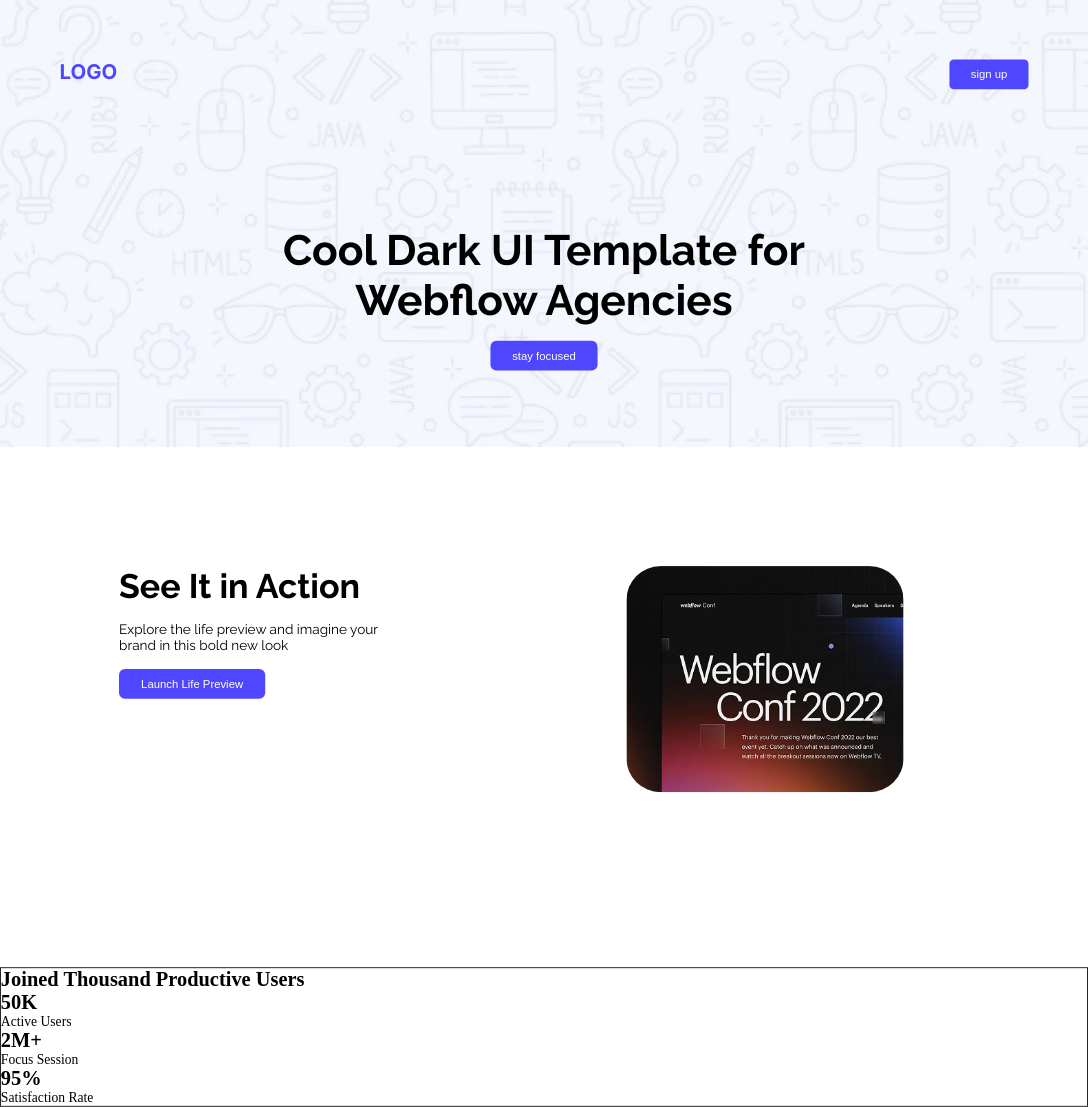
Repository: dollyrakhe22/landing-launchpad
Page: index.html
These files come from the project's save history. The page is drawn as it stood at one moment and after the next save; the edit follows.
The browser window is 1280 px wide. The pictures show the whole page, at 85% of full size.

Above is the page before, as saved 2025-07-11 01:28:03.

### index.html
<!DOCTYPE html>
<html lang="en">
<head>
    <meta charset="UTF-8">
    <meta name="viewport" content="width=device-width, initial-scale=1.0">
    <title>Landing Launchpad</title>
    <link rel="preconnect" href="https://fonts.googleapis.com">
    <link rel="preconnect" href="https://fonts.googleapis.com">
<link rel="preconnect" href="https://fonts.gstatic.com" crossorigin>
<link href="https://fonts.googleapis.com/css2?family=Inter:ital,opsz,wght@0,14..32,100..900;1,14..32,100..900&family=Open+Sans:ital,wght@0,300..800;1,300..800&family=Raleway:ital,wght@0,100..900;1,100..900&display=swap" rel="stylesheet">
    <link rel="stylesheet" href="style.css">
   </head>
   <body>
    <header>

        <nav>
         <h2 class="inter-normal">LOGO</h2>
            <a href="#"><button>sign up</button></a>
        </nav>
        <div class="banner-section">
             <h1 class="raleway-normal" >Cool Dark UI Template for <br>Webflow Agencies</h1><br>
            <a href=""><button class="button-container">stay focused</button></a>
        </div>
    </header>
    <main>
           <!--action-container--->
           <div class="section-1">
            <div >
                <h3 class="raleway-normal">See It in Action</h3><br>
                <p class="raleway-normal" >Explore the life preview and imagine your<br>brand in this bold new look</p><br>
                 <a href=""><button class="button-container">Launch Life Preview</button></a>
                 </div>
                <div>
                     <img src="Assets/wc-mini.png" weight="90%"height="80%"
                     alt="" srcset="">
                </div>
            </div>
           <!--Users-Section-->
           <section class="users-container">
            <h1>Joined Thousand Productive Users</h1>
            <div>
                <h1>50K</h1>
                <p>Active Users</p>
            </div>
            <div>
                <h1>2M+</h1>
                <p>Focus Session</p>
            </div>
            <div>
                <h1>95%</h1>
                <p>Satisfaction Rate</p>
            </div>

           </section>
    </main>
    <footer>

    </footer>
</body>
</html>

### style.css
*{
    padding: 0;
    margin: 0;
}


.inter-normal {
  font-family: "Inter", sans-serif;
  font-optical-sizing: auto;
  font-style: normal;
}
header{
    background-image: url("Assets/Hero-bg.png");


}
/*nav style*/
h2{
    color:#4E47FF;
   font-weight:bolder;


}
nav{
    display: flex;
    justify-content: space-between;
    padding: 70px;
}
nav button{
    text-decoration: none;
    padding: 10px 25px;
    background-color:#4E47FF ;
    color:white;
    border-radius: 5px;
    border: none;


}

.raleway-normal{
  font-family: "Raleway", sans-serif;
  font-optical-sizing: auto;
  font-style: normal;
}
.banner-section{
    text-align: center;
    padding: 90px;
}
.banner-section h1{
    font-weight: bolder;
    font-size: 50px;
}
.button-container{
     padding: 10px 26px;
    background-color:#4E47FF ;
    color:white;
    border-radius: 7px;
    border: none;

}
/*action-container*/

.section-1{
    display: flex;
    justify-content: space-between;
    padding: 50px;
    margin: 90px;

}
.section-1 h3{
    font-size: 40px;
}
.section-1  p{

}
.section-1 img{
    border-radius: 40px;


}
/*Users- Section*/
.users-container{
    border: 1px solid black;
    align-items: center;
}

After the next save:
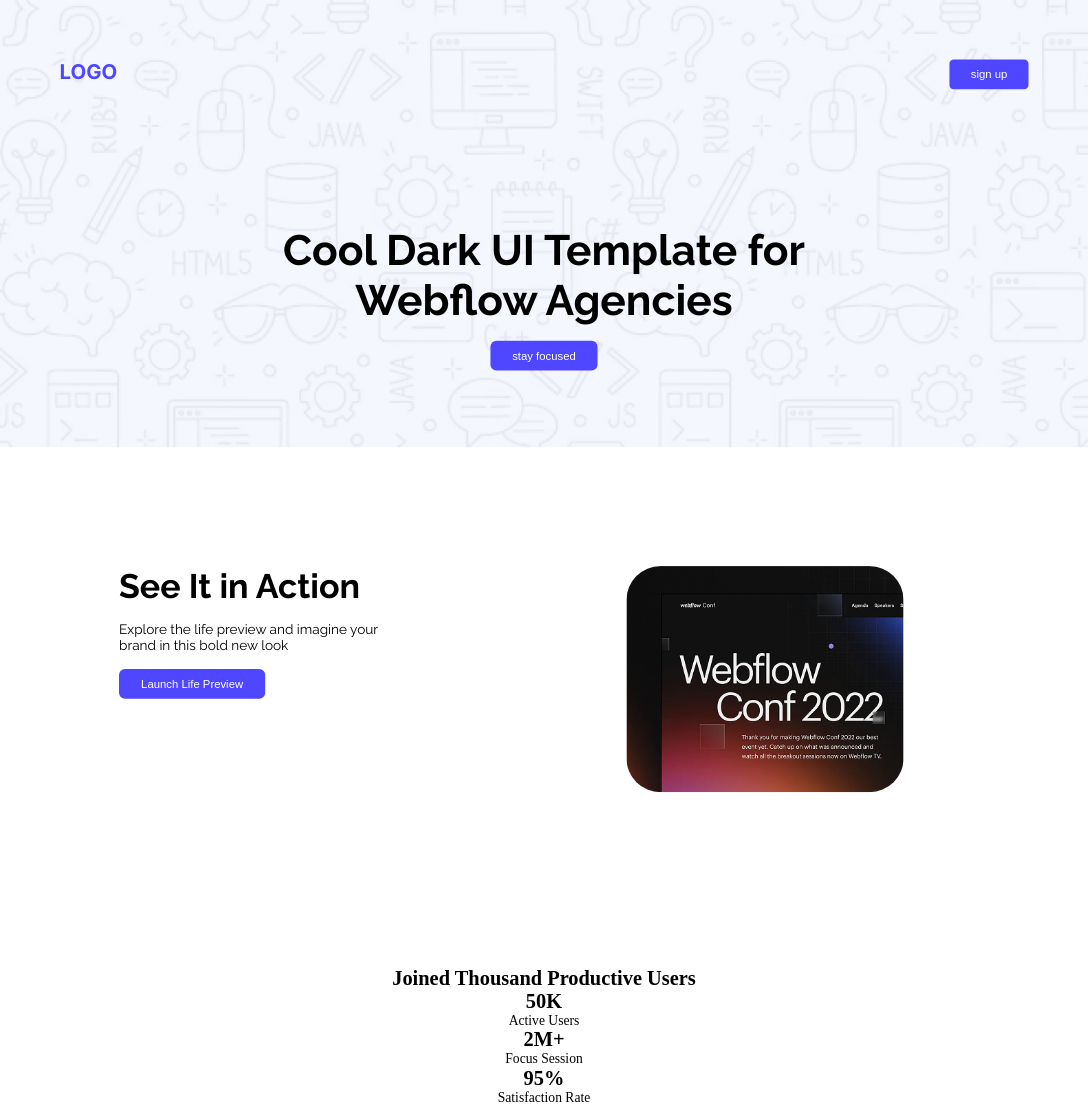
Saved 25 s later.
--- a/style.css
+++ b/style.css
@@ -80,6 +80,6 @@
 }
 /*Users- Section*/
 .users-container{
-    border: 1px solid black;
-    align-items: center;
+
+    text-align: center;
 }
